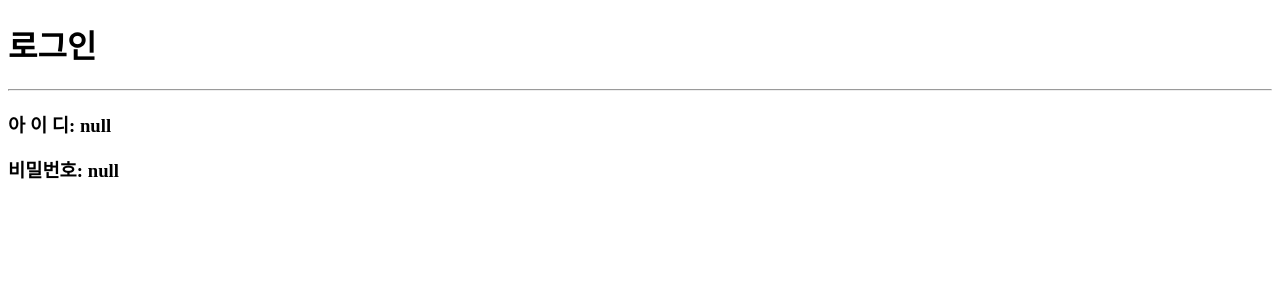
Repository: jsb5589/JAVAStudy
Page: http://localhost/JSP02/login4.jsp
The author's editor kept a copy of each file at every save. The page is drawn from the files as they stood at one save, then again after the next save.
The browser window is 1280 px wide. The pictures show the whole page.
The page is served by Tomcat 9.

Above is the page before, as saved 2021-08-09 06:26:58.

After the next save:
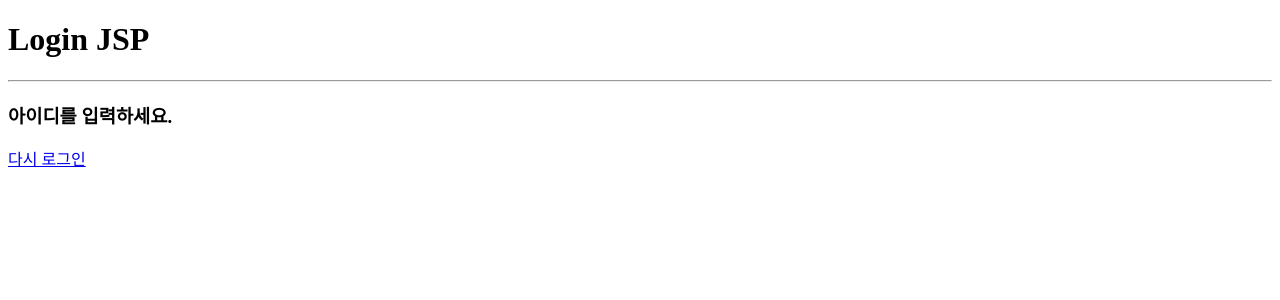
Saved 8 min 27 s later.
--- a/EZWebs/JSP02/src/main/webapp/login4.jsp
+++ b/EZWebs/JSP02/src/main/webapp/login4.jsp
@@ -13,9 +13,14 @@
 <title>Login JSP</title>
 </head>
 <body>
-	<h1>로그인</h1>
+	<h1>Login JSP</h1>
 	<hr>
-	<h3>아 이 디: <%=userid%></h3>
-	<h3>비밀번호: <%=userpw%></h3>
+	<%if(userid == null || userid.length() == 0) {%>
+	<h3>아이디를 입력하세요.</h3>
+	<a href="login.html">다시 로그인</a>
+	<%} else { %>
+	<h3>환영합니다.</h3>
+	<h3><%=userpw%>님</h3>
+	<%}%>
 </body>
 </html>
